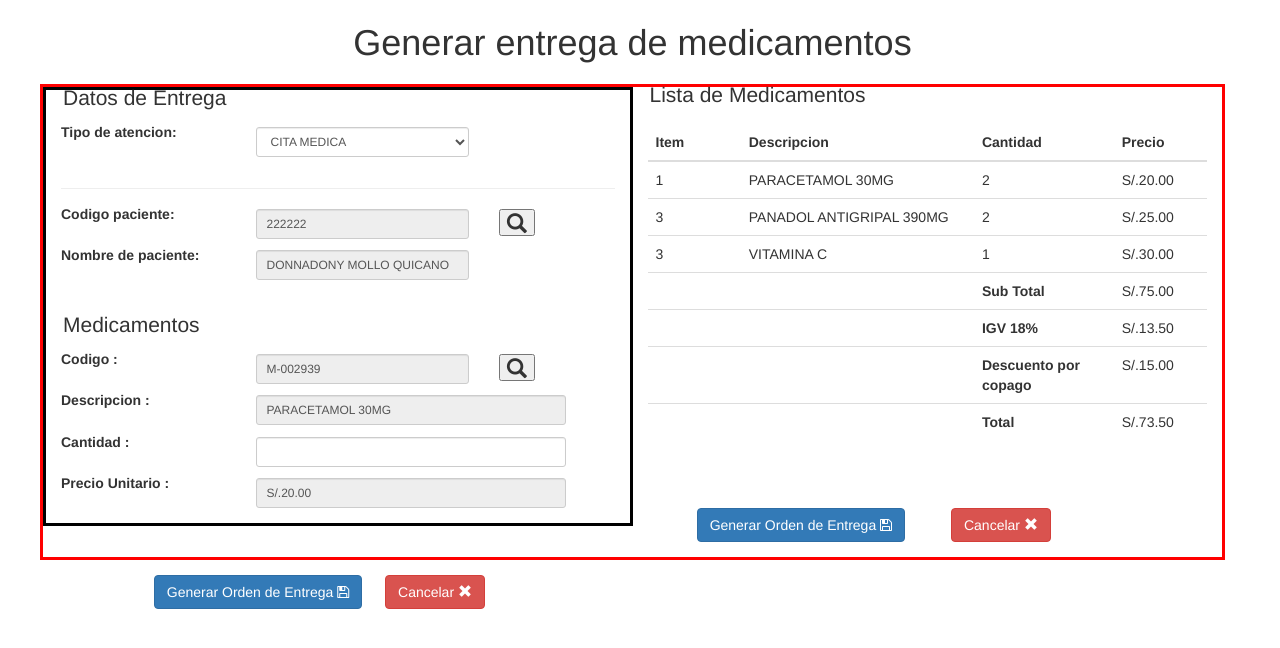
Repository: Donyx10/ADSII-ProyectoClinica
Page: http://localhost/AvanceWeb/GenerarOrdenDeEntregaDeMedicamentos2.jsp
The author's editor kept a copy of each file at every save. The page is drawn from the files as they stood at one save, then again after the next save.
The browser window is 1280 px wide. The pictures show the whole page.
Some web fonts or font styles are not loaded; a fallback is used. The page is served by Tomcat 9.

Above is the page before, as saved 2018-06-07 16:35:14.

After the next save:
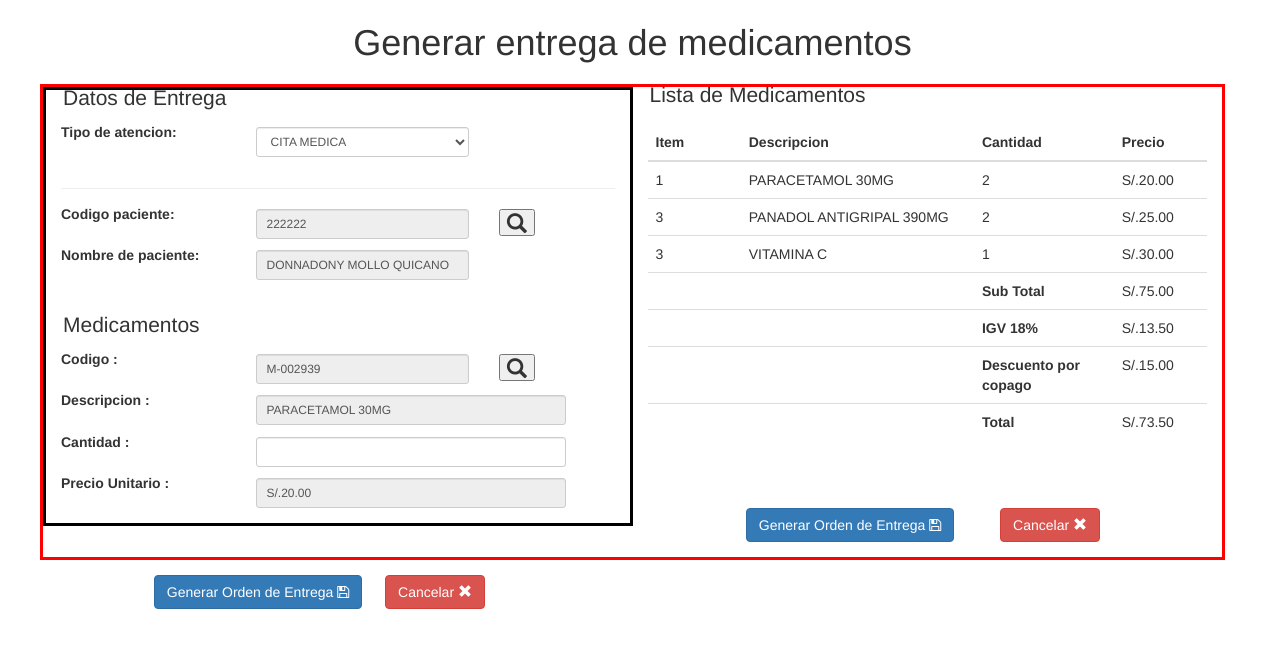
Saved 17 s later.
--- a/WebDemo/AvanceWeb/WebContent/GenerarOrdenDeEntregaDeMedicamentos2.jsp
+++ b/WebDemo/AvanceWeb/WebContent/GenerarOrdenDeEntregaDeMedicamentos2.jsp
@@ -236,7 +236,7 @@
 					<div class="form-group row" align="center" id="paciente">
 						<div class="col-md-12">
 							<div class="row">
-								<div class="col-md-1"></div>
+								<div class="col-md-2"></div>
 								<div class="col-md-4">
 									<button type="submit" class="btn btn-primary">
 										Generar Orden de Entrega <i class="fa fa-save"></i>
